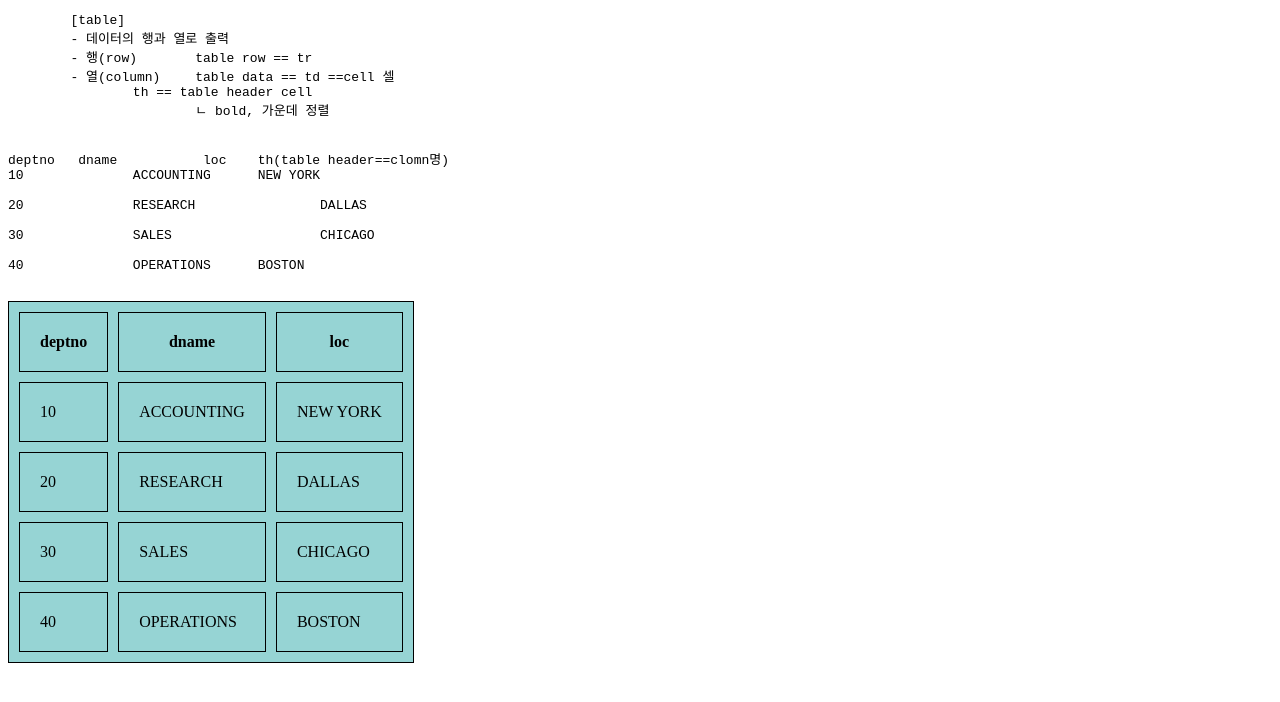
Repository: donggri1/WORKSPACE
Page: WebClass/webPro/src/main/webapp/html/days03/ex07.html
The author's editor kept a copy of each file at every save. The page is drawn from the files as they stood at one save, then again after the next save.
The browser window is 1280 px wide. The pictures show the whole page.

Above is the page before, as saved 2024-03-26 03:36:22.

### WebClass/webPro/src/main/webapp/html/days03/ex07.html
<!DOCTYPE html>
<html>
<head>
<meta charset="UTF-8">
<title>Insert title here</title>
<link rel="shortcut icon" type="image/x-icon" href="http://localhost/webPro/images/SiSt.ico">
<style>
	table, th,td{
		border: solid 1px black;

	}
	table{
		background-color: #96D4D4;

	}
</style>
</head>
<body>
<pre>
	[table]
	- 데이터의 행과 열로 출력
	- 행(row)	table row == tr
	- 열(column)	table data == td ==cell 셀
		th == table header cell
			ㄴ bold, 가운데 정렬


deptno   dname           loc	th(table header==clomn명)
10		ACCOUNTING   	NEW YORK<br>
20		RESEARCH   		DALLAS<br>
30 		SALES   		CHICAGO<br>
40		OPERATIONS  	BOSTON<br>
</pre>


<!-- <table cellspacing="10px" cellpadding = "20px" > -->
<table cellspacing="10px" cellpadding = "20px" >
 <tr>
  <th >deptno</th>
  <th >dname</th>
  <th >loc</th>
 </tr>

 <tr>
 	<td>10</td>
 	<td>ACCOUNTING</td>
 	<td>NEW YORK</td>
 </tr>
  <tr>
 	<td>20</td>
 	<td>RESEARCH</td>
 	<td>DALLAS</td>
 </tr>
  <tr>
 	<td>30</td>
 	<td>SALES</td>
 	<td>CHICAGO</td>
 </tr>
  <tr>
 	<td>40</td>
 	<td>OPERATIONS</td>
 	<td>BOSTON</td>
 </tr>
</table>


<!-- <table border="2" width=""> -->
<!-- <table border="2" style="width:100%">
 <tr>
  <th width="20%">deptno</th>
  <th width="50%">dname</th>
  <th width="30%">loc</th>
 </tr>

 <tr>
 	<td>10</td>
 	<td>ACCOUNTING</td>
 	<td>NEW YORK</td>
 </tr>
  <tr>
 	<td>20</td>
 	<td>RESEARCH</td>
 	<td>DALLAS</td>
 </tr>
  <tr>
 	<td>30</td>
 	<td>SALES</td>
 	<td>CHICAGO</td>
 </tr>
  <tr>
 	<td>40</td>
 	<td>OPERATIONS</td>
 	<td>BOSTON</td>
 </tr>
</table> -->





</body>
</html>

After the next save:
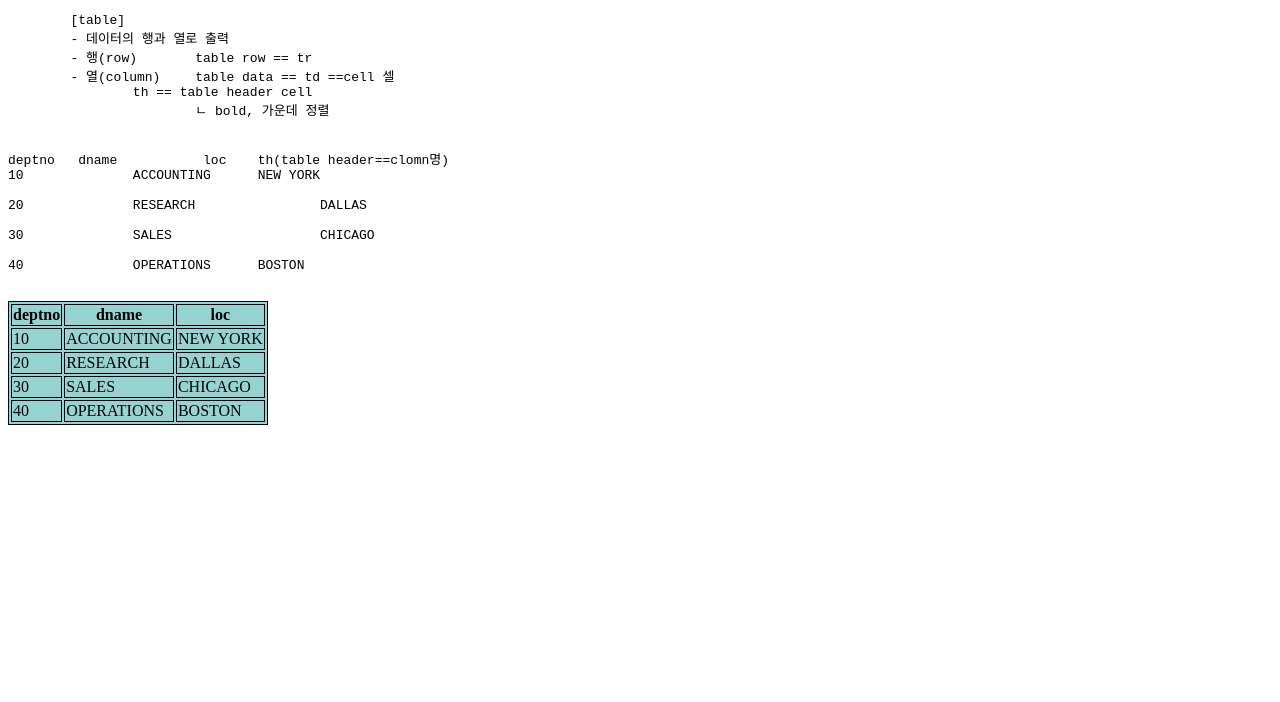
Saved 89 s later.
--- a/WebClass/webPro/src/main/webapp/html/days03/ex07.html
+++ b/WebClass/webPro/src/main/webapp/html/days03/ex07.html
@@ -12,6 +12,9 @@
 	table{
 		background-color: #96D4D4;
 
+	}
+	th,td{
+		background-color: #96d4d4;
 	}
 </style>
 </head>
@@ -33,8 +36,9 @@ deptno   dname           loc	th(table header==clomn명)
 </pre>
 
 
-<!-- <table cellspacing="10px" cellpadding = "20px" > -->
-<table cellspacing="10px" cellpadding = "20px" >
+<!-- table 태그의 cellspacing속성 cellpadding 속성
+ <table cellspacing="10px" cellpadding = "20px" > -->
+<table>
  <tr>
   <th >deptno</th>
   <th >dname</th>
